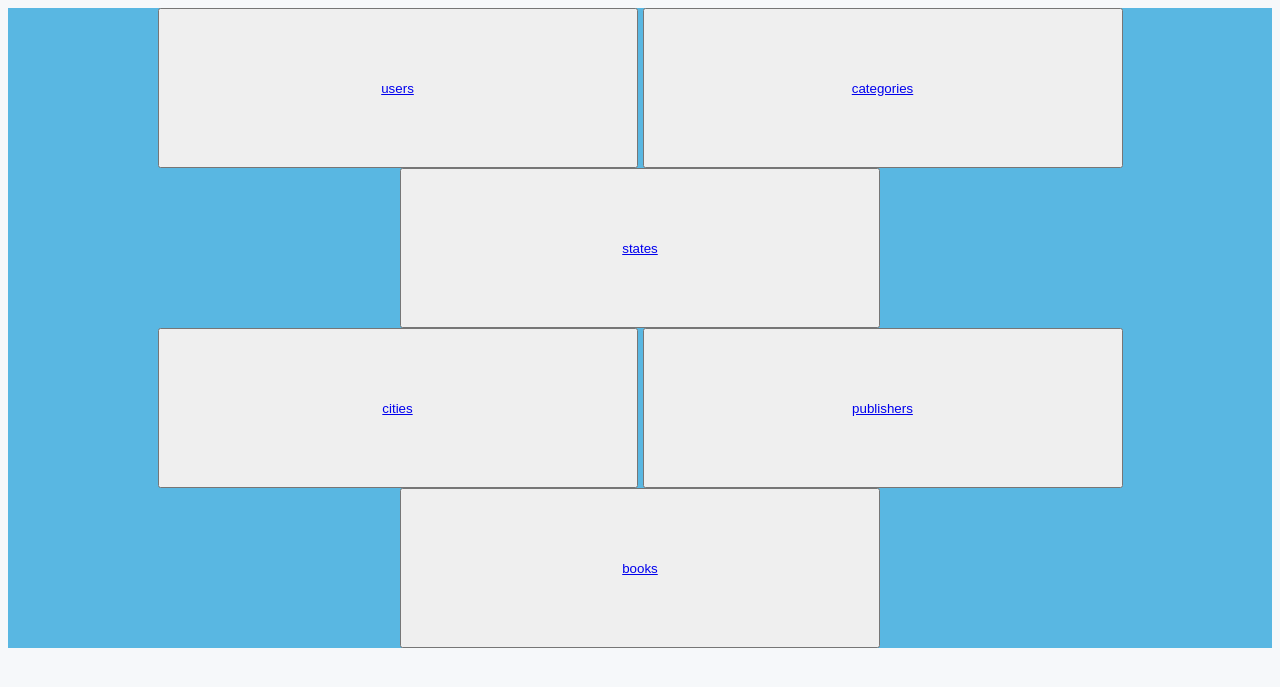
Repository: fontanive12/Biblioteca
Page: front/paginaInicial.html
An editor plug-in stored every save of this project. The page is shown before and after the next save, followed by the edit.
The browser window is 1280 px wide. The pictures show the whole page.

Above is the page before, as saved 2022-09-05 17:27:54.

### front/paginaInicial.html
<!DOCTYPE html>
<html lang="en">

<head>
    <meta charset="UTF-8">
    <meta http-equiv="X-UA-Compatible" content="IE=edge">
    <meta name="viewport" content="width=device-width, initial-scale=1.0">
    <link rel="stylesheet" href="styles.css">

    <title>Initial page</title>
</head>

<body>
    <div class="container">
        <div class="containerButtons">
            <button class="buttonMenu"><a href="users.html" class="users">users</a></button>
            <button class="buttonMenu"><a href="categories.html" class="categories">categories</a></button>
            <button class="buttonMenu"><a href="states.html" class="states">states</a></button>
        </div>
        <div class="containerButtons">
            <button class="buttonMenu"><a href="cities.html" class="states">cities</a></button>
            <button class="buttonMenu"><a href="publishers.html" class="states">publishers</a></button>
            <button class="buttonMenu"><a href="books.html" class="states">books</a></button>
        </div>
    </div>
</body>

</html>

### front/styles.css
.bg-mynav {
  background-color: #49baef;
}

body {
  font-size: 1.25rem;
  background-color: #f6f8fa;
}

td {
  line-height: 3rem;
}

.container {
  margin-bottom: auto;
        padding: 0rem;
        text-align: center;
        /* max-width: 100rem;*/
        max-height: 1000px;
}

.containerButtons {
  background-color: #59b7e2;
}

.buttonMenu {
  width: 30rem;
  height: 10rem;

}

After the next save:
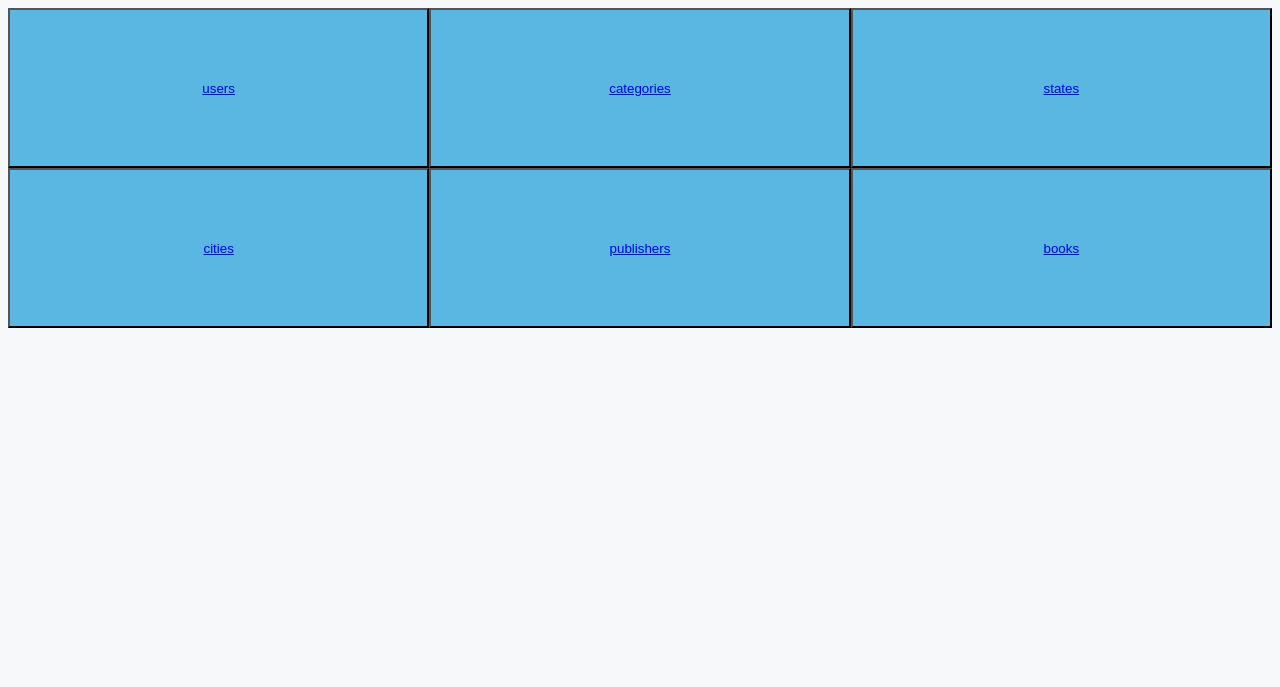
Saved 94 s later.
--- a/front/styles.css
+++ b/front/styles.css
@@ -20,11 +20,15 @@ td {
 }
 
 .containerButtons {
-  background-color: #59b7e2;
+
+  display: flex;
+flex-direction: row;
+justify-content: center;
+align-items: center;
 }
 
 .buttonMenu {
   width: 30rem;
   height: 10rem;
-
+  background-color: #59b7e2;
 }
